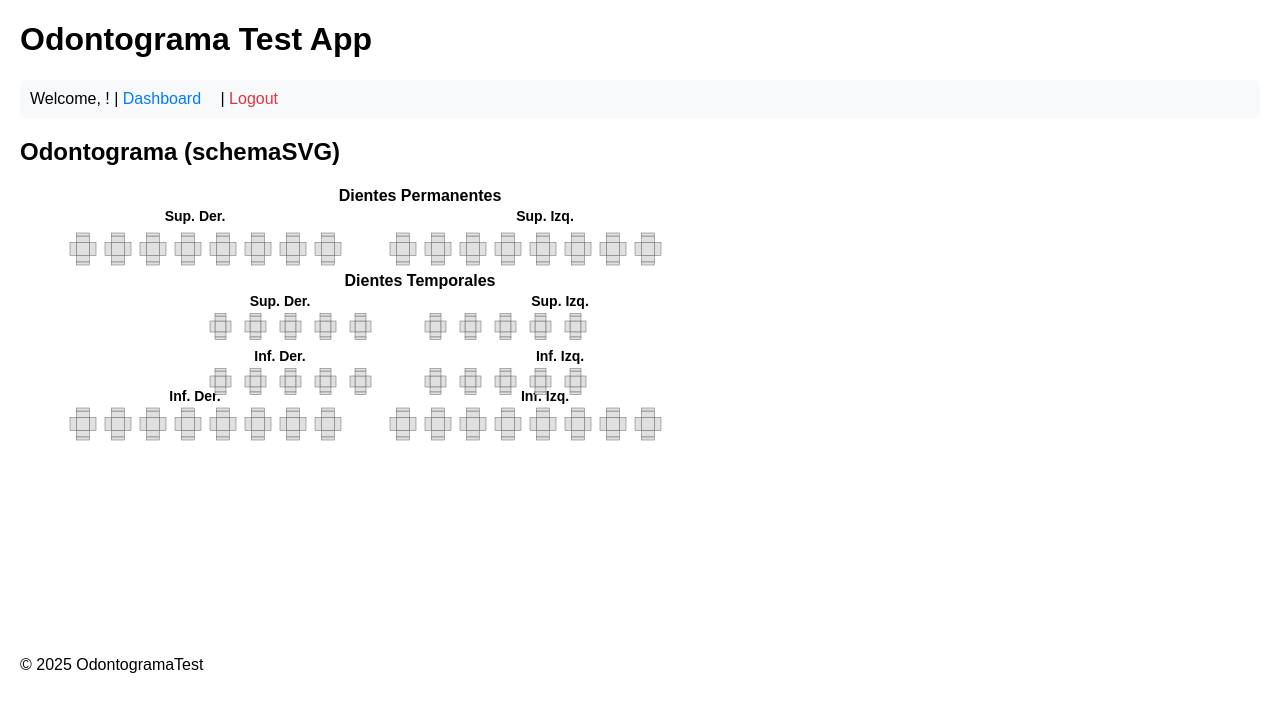
Repository: werfelyesid/OdontogramaTest
Page: http://localhost/dashboard/
These files come from the project's save history. The page is drawn as it stood at one moment and after the next save; the edit follows.
The browser window is 1280 px wide. The pictures show the whole page.
The page is served by the project's application, run on Django 4.2 (manage.py). A made-up administrator, testuser (Test User, test@example.com), is signed in. Other server files are loaded and not shown.

Above is the page before, as saved 2025-04-20 14:41:12.

### core/templates/core/dashboard.html
<!-- filepath: /home/yesid-ramirez/OdontogramaTest/core/templates/core/dashboard.html -->
{% extends "core/base.html" %}

{% block title %}Doctor Dashboard{% endblock %}

{% block content %}
<!-- ... existing content ... -->
<h2>Odontograma (schemaSVG)</h2>
<div id="odontogram-container" style="position: relative;">
    {% include "core/_odontogram.html" %}
</div>
<!-- ... existing content ... -->
{% endblock %}

{% block extra_js %}
<script>
    // Function to generate the teeth within the SVG structure
    function generateOdontogram() {
        const svgNS = "http://www.w3.org/2000/svg";
        const toothWidth = 35; // Increased width for spacing larger teeth
        const permStartX = 50; // X offset for permanent rows
        const permGap = 40; // Gap between left/right permanent quadrants
        const permQWidth = 8 * toothWidth;
        const decidStartX = 190; // X offset for deciduous rows (to center them approx)
        const decidGap = 40; // Gap between left/right deciduous quadrants
        const decidQWidth = 5 * toothWidth;

        const permUpperY = 50;
        const decidUpperY = 130;
        const decidLowerY = 185; // decidUpperY + toothHeight + spacing
        const permLowerY = 225; // decidLowerY + toothHeight + spacing

        // Helper function to create a tooth
        function createTooth(quadrantElement, toothNum, index, totalInQuadrant, shapeId, xOffset, yOffset, isLeftQuadrant) {
            if (!quadrantElement) return; // Exit if quadrant element doesn't exist

            const toothNode = document.createElementNS(svgNS, "g");
            toothNode.setAttribute('class', 'tooth');
            toothNode.setAttribute('id', `tooth-${toothNum}`);
            toothNode.setAttribute('data-tooth-id', toothNum);

            // Calculate position: Right quadrants count down index, Left count up
            const positionIndex = isLeftQuadrant ? index : (totalInQuadrant - 1 - index);
            toothNode.setAttribute('transform', `translate(${xOffset + positionIndex * toothWidth}, ${yOffset})`);

            const useNode = document.createElementNS(svgNS, "use");
            useNode.setAttribute("href", shapeId);
            toothNode.appendChild(useNode);

            const textNode = toothNode.querySelector('text');
            if (textNode) textNode.textContent = toothNum;

            // Adjust surface names based on quadrant and type
            const surfaces = toothNode.querySelectorAll('.tooth-surface');
            surfaces.forEach(surface => {
                let type = surface.getAttribute('data-surface-type');
                // Swap M/D for left quadrants (2, 3, 6, 7)
                if (isLeftQuadrant) {
                    if (type === 'M') type = 'D';
                    else if (type === 'D') type = 'M';
                }
                // Adjust O/I based on tooth number (simplified)
                const toothIndexInArch = parseInt(String(toothNum).slice(-1)); // 1 to 8 or 1 to 5
                if (type === 'O') {
                     if (shapeId === '#tooth-shape' && toothIndexInArch <= 3) type = 'I'; // Permanent Incisors/Canine
                     if (shapeId === '#deciduous-tooth-shape' && toothIndexInArch <= 3) type = 'I'; // Deciduous Incisors/Canine
                }
                 // Adjust L/P for upper teeth
                if (String(toothNum)[0] === '1' || String(toothNum)[0] === '2' || String(toothNum)[0] === '5' || String(toothNum)[0] === '6') {
                    if (type === 'L') type = 'P'; // Palatal
                    if (type === 'CP') type = 'CP'; // Cervico-Palatal (already correct)
                } else {
                     if (type === 'P') type = 'L'; // Lingual (just in case)
                     if (type === 'CP') type = 'CL'; // Cervico-Lingual
                }

                surface.setAttribute('data-surface-type', type); // Update the attribute
            });

            quadrantElement.appendChild(toothNode);
        }

        // --- Generate Permanent Teeth ---
        const q1 = document.getElementById('quadrant-1');
        const q2 = document.getElementById('quadrant-2');
        const q3 = document.getElementById('quadrant-3');
        const q4 = document.getElementById('quadrant-4');
        for (let i = 0; i < 8; i++) {
            // Q1 (18-11) - Upper Right
            createTooth(q1, 18 - i, i, 8, '#tooth-shape', permStartX, permUpperY, false);
            // Q2 (21-28) - Upper Left
            createTooth(q2, 21 + i, i, 8, '#tooth-shape', permStartX + permQWidth + permGap, permUpperY, true);
            // Q4 (48-41) - Lower Right
            createTooth(q4, 48 - i, i, 8, '#tooth-shape', permStartX, permLowerY, false);
             // Q3 (31-38) - Lower Left
            createTooth(q3, 31 + i, i, 8, '#tooth-shape', permStartX + permQWidth + permGap, permLowerY, true);
        }

        // --- Generate Deciduous Teeth ---
        const q5 = document.getElementById('quadrant-5');
        const q6 = document.getElementById('quadrant-6');
        const q7 = document.getElementById('quadrant-7');
        const q8 = document.getElementById('quadrant-8');
         for (let i = 0; i < 5; i++) {
            // Q5 (55-51) - Upper Right
            createTooth(q5, 55 - i, i, 5, '#deciduous-tooth-shape', decidStartX, decidUpperY, false);
            // Q6 (61-65) - Upper Left
            createTooth(q6, 61 + i, i, 5, '#deciduous-tooth-shape', decidStartX + decidQWidth + decidGap, decidUpperY, true);
            // Q8 (85-81) - Lower Right
            createTooth(q8, 85 - i, i, 5, '#deciduous-tooth-shape', decidStartX, decidLowerY, false);
            // Q7 (71-75) - Lower Left
            createTooth(q7, 71 + i, i, 5, '#deciduous-tooth-shape', decidStartX + decidQWidth + decidGap, decidLowerY, true);
        }
    }

    // Wait for the DOM to be fully loaded before generating and adding listeners
    document.addEventListener('DOMContentLoaded', function() {
        // Generate the SVG teeth
        generateOdontogram();

        const tooltip = document.getElementById('odontogram-tooltip');
        const container = document.getElementById('odontogram-container');

        if (!tooltip || !container) {
            console.error("Tooltip or container element not found!");
            return;
        }

        // Add listeners to tooth surfaces
        document.querySelectorAll('.tooth-surface').forEach(surface => {
            // Click listener (existing)
            surface.addEventListener('click', function(event) { // Added event parameter
                const toothGroup = this.closest('.tooth');
                if (toothGroup) {
                    const toothId = toothGroup.getAttribute('data-tooth-id');
                    const surfaceType = this.getAttribute('data-surface-type');
                    console.log(`Clicked surface ${surfaceType} on tooth ${toothId}`);
                    this.classList.toggle('selected');
                } else {
                    // Log details when the parent is not found
                    console.error("Could not find parent '.tooth' group for clicked surface.");
                    console.log("Clicked element:", this); // Log the element itself
                    console.log("Event target:", event.target); // Log the specific target of the click
                }
            });

            // Tooltip listeners
            surface.addEventListener('mouseover', function(event) {
                const toothGroup = this.closest('.tooth');
                if (toothGroup) {
                    const toothId = toothGroup.getAttribute('data-tooth-id');
                    const surfaceType = this.getAttribute('data-surface-type');
                    tooltip.textContent = `Diente ${toothId} (${surfaceType})`;
                    tooltip.style.display = 'block';
                     // Position tooltip near cursor, considering container offset
                    const containerRect = container.getBoundingClientRect();
                    tooltip.style.left = `${event.clientX - containerRect.left + 10}px`; // 10px offset from cursor
                    tooltip.style.top = `${event.clientY - containerRect.top + 10}px`;
                }
            });

            surface.addEventListener('mouseout', function() {
                tooltip.style.display = 'none';
            });

             // Optional: Update tooltip position on mouse move over the surface
             surface.addEventListener('mousemove', function(event) {
                 if (tooltip.style.display === 'block') {
                    const containerRect = container.getBoundingClientRect();
                    tooltip.style.left = `${event.clientX - containerRect.left + 10}px`;
                    tooltip.style.top = `${event.clientY - containerRect.top + 10}px`;
                 }
             });
        });
    });

</script>
<style>
    /* ...existing styles... */
</style>
{% endblock %}

### core/templates/core/base.html
<!DOCTYPE html>
<html lang="en">
<head>
    <meta charset="UTF-8">
    <meta name="viewport" content="width=device-width, initial-scale=1.0">
    <title>{% block title %}OdontogramaTest{% endblock %}</title>
    <!-- Add link to CSS framework like Bootstrap or Tailwind if desired -->
    <style>
        body { font-family: sans-serif; margin: 20px; }
        .messages { list-style: none; padding: 0; margin: 1em 0; }
        .messages li { padding: 0.5em; margin-bottom: 0.5em; border-radius: 4px; }
        .messages li.success { background-color: #d4edda; color: #155724; border: 1px solid #c3e6cb; }
        .messages li.info { background-color: #d1ecf1; color: #0c5460; border: 1px solid #bee5eb; }
        .messages li.warning { background-color: #fff3cd; color: #856404; border: 1px solid #ffeeba; }
        .messages li.error { background-color: #f8d7da; color: #721c24; border: 1px solid #f5c6cb; }
        nav { margin-bottom: 20px; background-color: #f8f9fa; padding: 10px; border-radius: 5px; }
        nav a { margin-right: 15px; text-decoration: none; color: #007bff; }
        nav a:hover { text-decoration: underline; }
        nav form { display: inline; }
        nav button { background: none; border: none; color: #dc3545; cursor: pointer; padding: 0; font-size: inherit; }
        nav button:hover { text-decoration: underline; }
        .form-group { margin-bottom: 1rem; }
        .form-group label { display: block; margin-bottom: 0.5rem; }
        .form-group input, .form-group select, .form-group textarea { width: 100%; padding: 0.375rem 0.75rem; border: 1px solid #ced4da; border-radius: 0.25rem; box-sizing: border-box; }
        .form-group input[type="date"] { width: auto; }
        .form-group .errorlist { color: red; list-style: none; padding: 0; margin-top: 0.25rem; font-size: 0.875em; }
        .btn { display: inline-block; font-weight: 400; color: #212529; text-align: center; vertical-align: middle; cursor: pointer; background-color: #007bff; border: 1px solid #007bff; padding: 0.375rem 0.75rem; font-size: 1rem; line-height: 1.5; border-radius: 0.25rem; color: #fff; text-decoration: none; }
        .btn:hover { background-color: #0056b3; border-color: #0056b3; }
        .btn-secondary { background-color: #6c757d; border-color: #6c757d; }
        .btn-secondary:hover { background-color: #5a6268; border-color: #545b62; }
        .btn-danger { background-color: #dc3545; border-color: #dc3545; }
        .btn-danger:hover { background-color: #c82333; border-color: #bd2130; }
    </style>
</head>
<body>
    <header>
        <h1>Odontograma Test App</h1>
        <nav>
            {% if user.is_authenticated %}
                <span>Welcome, {{ user.get_full_name }}!</span> |
                <a href="{% url 'dashboard' %}">Dashboard</a> |
                <form action="{% url 'logout' %}" method="post" style="display: inline;">
                    {% csrf_token %}
                    <button type="submit">Logout</button>
                </form>
            {% else %}
                <a href="{% url 'login' %}">Login</a> |
                <a href="{% url 'register_doctor' %}">Register Doctor</a>
            {% endif %}
        </nav>
    </header>

    {% if messages %}
    <ul class="messages">
        {% for message in messages %}
        <li{% if message.tags %} class="{{ message.tags }}"{% endif %}>{{ message }}</li>
        {% endfor %}
    </ul>
    {% endif %}

    <main>
        {% block content %}
        <!-- Page specific content will go here -->
        {% endblock %}
    </main>

    <footer>
        <p>&copy; {% now "Y" %} OdontogramaTest</p>
    </footer>
    {% block extra_js %}
    <!-- Extra JS scripts can be added here -->
    {% endblock %}
</body>
</html>

### core/views.py
from django.shortcuts import render, redirect, get_object_or_404
from django.contrib.auth import login, logout, authenticate
from django.contrib.auth.decorators import login_required
from django.contrib import messages
from .forms import DoctorRegistrationForm, PatientRegistrationForm, CustomLoginForm
from .models import Patient, CustomUser

def register_doctor_view(request):
    if request.method == 'POST':
        form = DoctorRegistrationForm(request.POST)
        if form.is_valid():
            user = form.save()
            login(request, user, backend='django.contrib.auth.backends.ModelBackend') # Log in the new doctor
            messages.success(request, 'Registration successful. You are now logged in.')
            return redirect('dashboard')
        else:
            messages.error(request, 'Registration unsuccessful. Please correct the errors below.')
    else:
        form = DoctorRegistrationForm()
    return render(request, 'core/register_doctor.html', {'form': form})

def login_view(request):
    if request.user.is_authenticated:
        return redirect('dashboard') # Redirect if already logged in

    if request.method == 'POST':
        form = CustomLoginForm(request, data=request.POST)
        if form.is_valid():
            email = form.cleaned_data.get('username') # Form uses 'username' for the email field
            password = form.cleaned_data.get('password')
            user = authenticate(request, email=email, password=password)
            if user is not None:
                login(request, user)
                messages.info(request, f"Welcome back, {user.get_full_name()}.")
                # Redirect to the URL specified in 'next' parameter or dashboard
                next_url = request.POST.get('next', 'dashboard')
                return redirect(next_url)
            else:
                messages.error(request, "Invalid email or password.")
        else:
             messages.error(request, "Invalid email or password.")
    else:
        form = CustomLoginForm()

    return render(request, 'core/login.html', {'form': form, 'next': request.GET.get('next', '')})


def logout_view(request):
    logout(request)
    messages.info(request, "You have successfully logged out.")
    return redirect('login')

@login_required
def dashboard_view(request):
    # Ensure the logged-in user is a CustomUser instance
    doctor = request.user
    if not isinstance(doctor, CustomUser):
         # Handle cases where user might not be the expected type (e.g., admin user)
         # Or redirect non-doctors elsewhere
         messages.warning(request, "Access restricted to doctors.")
         return redirect('login')

    context = {
        'doctor_name': doctor.get_full_name()
    }
    return render(request, 'core/dashboard.html', context)

@login_required
def register_patient_view(request):
    if request.method == 'POST':
        form = PatientRegistrationForm(request.POST)
        if form.is_valid():
            patient = form.save(commit=False)
            patient.doctor = request.user # Assign the logged-in doctor
            patient.save()
            messages.success(request, f'Patient {patient.primer_nombre} {patient.primer_apellido} registered successfully.')
            # Redirect to patient detail page or back to dashboard?
            return redirect('dashboard') # Redirecting back to dashboard for now
        else:
            messages.error(request, 'Patient registration unsuccessful. Please correct the errors below.')
    else:
        form = PatientRegistrationForm()
    return render(request, 'core/register_patient.html', {'form': form})

# Add views for patient details, editing, odontogram interaction later

### OdontogramaTest/urls.py
from django.contrib import admin
from django.urls import path, include

urlpatterns = [
    path('admin/', admin.site.urls),
    path('', include('core.urls')), # Include core app URLs
]

### core/urls.py
from django.urls import path
from . import views

urlpatterns = [
    path('register/doctor/', views.register_doctor_view, name='register_doctor'),
    path('login/', views.login_view, name='login'),
    path('logout/', views.logout_view, name='logout'),
    path('dashboard/', views.dashboard_view, name='dashboard'),
    path('register/patient/', views.register_patient_view, name='register_patient'),
    # Add other URLs for patient details, odontogram actions etc.
    path('', views.login_view), # Redirect root to login for now
]

Loaded but not shown: core/templates/core/_odontogram.html (92 lines, source omitted); core/models.py (117 lines, source omitted)

After the next save:
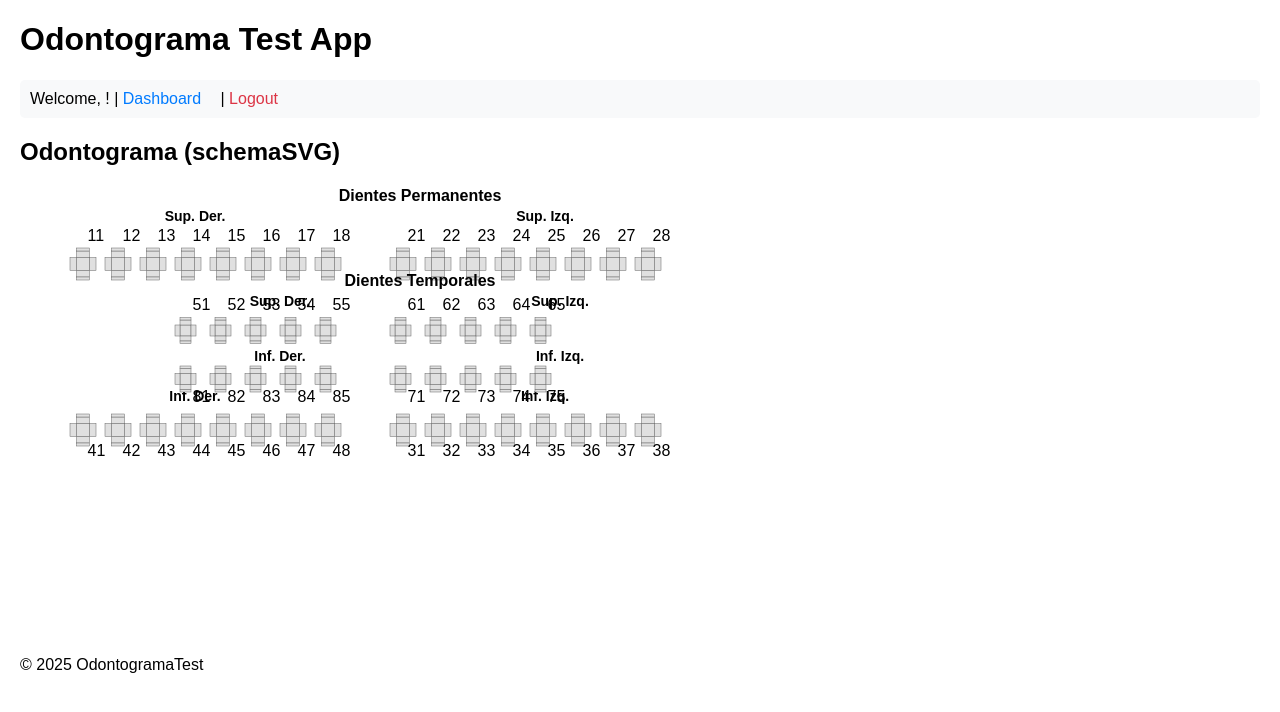
Saved 43 min 52 s later.
--- a/core/templates/core/dashboard.html
+++ b/core/templates/core/dashboard.html
@@ -4,12 +4,12 @@
 {% block title %}Doctor Dashboard{% endblock %}
 
 {% block content %}
-<!-- ... existing content ... -->
+{% comment %} ...existing content... {% endcomment %}
 <h2>Odontograma (schemaSVG)</h2>
 <div id="odontogram-container" style="position: relative;">
     {% include "core/_odontogram.html" %}
 </div>
-<!-- ... existing content ... -->
+{% comment %} ...existing content... {% endcomment %}
 {% endblock %}
 
 {% block extra_js %}
@@ -17,38 +17,43 @@
     // Function to generate the teeth within the SVG structure
     function generateOdontogram() {
         const svgNS = "http://www.w3.org/2000/svg";
-        const toothWidth = 35; // Increased width for spacing larger teeth
-        const permStartX = 50; // X offset for permanent rows
-        const permGap = 40; // Gap between left/right permanent quadrants
+        const toothWidth = 35; // Width for spacing
+        const permStartX = 50;
+        const permGap = 40;
         const permQWidth = 8 * toothWidth;
-        const decidStartX = 190; // X offset for deciduous rows (to center them approx)
-        const decidGap = 40; // Gap between left/right deciduous quadrants
+        // Align deciduous start under the 4th permanent tooth (index 3)
+        const decidStartX = permStartX + (3 * toothWidth); // Adjusted start X
+        const decidGap = 40;
         const decidQWidth = 5 * toothWidth;
 
-        const permUpperY = 50;
-        const decidUpperY = 130;
-        const decidLowerY = 185; // decidUpperY + toothHeight + spacing
-        const permLowerY = 225; // decidLowerY + toothHeight + spacing
+        // Adjusted Y coordinates for spacing numbers
+        const numberSpacing = 15; // Space for number + gap
+        const toothHeightPerm = 29; // Approx height of permanent tooth shape
+        const toothHeightDecid = 23.5; // Approx height of deciduous tooth shape
+        const rowGap = 25; // Gap between rows
+
+        const permUpperY = 50 + numberSpacing; // Move down to make space above
+        const decidUpperY = permUpperY + toothHeightPerm + rowGap + numberSpacing;
+        const decidLowerY = decidUpperY + toothHeightDecid + rowGap;
+        const permLowerY = decidLowerY + toothHeightDecid + rowGap;
+
 
         // Helper function to create a tooth
         function createTooth(quadrantElement, toothNum, index, totalInQuadrant, shapeId, xOffset, yOffset, isLeftQuadrant) {
-            if (!quadrantElement) return; // Exit if quadrant element doesn't exist
+            if (!quadrantElement) return;
 
             const toothNode = document.createElementNS(svgNS, "g");
             toothNode.setAttribute('class', 'tooth');
             toothNode.setAttribute('id', `tooth-${toothNum}`);
             toothNode.setAttribute('data-tooth-id', toothNum);
 
-            // Calculate position: Right quadrants count down index, Left count up
             const positionIndex = isLeftQuadrant ? index : (totalInQuadrant - 1 - index);
-            toothNode.setAttribute('transform', `translate(${xOffset + positionIndex * toothWidth}, ${yOffset})`);
+            const currentX = xOffset + positionIndex * toothWidth;
+            toothNode.setAttribute('transform', `translate(${currentX}, ${yOffset})`);
 
             const useNode = document.createElementNS(svgNS, "use");
             useNode.setAttribute("href", shapeId);
             toothNode.appendChild(useNode);
-
-            const textNode = toothNode.querySelector('text');
-            if (textNode) textNode.textContent = toothNum;
 
             // Adjust surface names based on quadrant and type
             const surfaces = toothNode.querySelectorAll('.tooth-surface');
@@ -73,11 +78,25 @@
                      if (type === 'P') type = 'L'; // Lingual (just in case)
                      if (type === 'CP') type = 'CL'; // Cervico-Lingual
                 }
-
-                surface.setAttribute('data-surface-type', type); // Update the attribute
+                surface.setAttribute('data-surface-type', type);
             });
 
             quadrantElement.appendChild(toothNode);
+
+            // --- Add Tooth Number Label ---
+            const numberText = document.createElementNS(svgNS, "text");
+            numberText.setAttribute('class', 'tooth-number');
+            numberText.textContent = toothNum;
+
+            // Position above for upper rows (1, 2), below for lower rows (3, 4)
+            const isUpperRow = (yOffset === permUpperY || yOffset === decidUpperY);
+            const currentToothHeight = (shapeId === '#tooth-shape') ? toothHeightPerm : toothHeightDecid;
+            const numberY = isUpperRow ? (yOffset - numberSpacing + 5) : (yOffset + currentToothHeight + numberSpacing - 5); // Adjusted Y for number
+
+            numberText.setAttribute('x', currentX + toothWidth / 2); // Center horizontally over tooth position
+            numberText.setAttribute('y', numberY);
+
+            quadrantElement.appendChild(numberText); // Append number to the quadrant group
         }
 
         // --- Generate Permanent Teeth ---
@@ -128,8 +147,8 @@
 
         // Add listeners to tooth surfaces
         document.querySelectorAll('.tooth-surface').forEach(surface => {
-            // Click listener (existing)
-            surface.addEventListener('click', function(event) { // Added event parameter
+            // Click listener
+            surface.addEventListener('click', function(event) {
                 const toothGroup = this.closest('.tooth');
                 if (toothGroup) {
                     const toothId = toothGroup.getAttribute('data-tooth-id');
@@ -137,10 +156,9 @@
                     console.log(`Clicked surface ${surfaceType} on tooth ${toothId}`);
                     this.classList.toggle('selected');
                 } else {
-                    // Log details when the parent is not found
                     console.error("Could not find parent '.tooth' group for clicked surface.");
-                    console.log("Clicked element:", this); // Log the element itself
-                    console.log("Event target:", event.target); // Log the specific target of the click
+                    console.log("Clicked element:", this);
+                    console.log("Event target:", event.target);
                 }
             });
 
@@ -152,9 +170,8 @@
                     const surfaceType = this.getAttribute('data-surface-type');
                     tooltip.textContent = `Diente ${toothId} (${surfaceType})`;
                     tooltip.style.display = 'block';
-                     // Position tooltip near cursor, considering container offset
                     const containerRect = container.getBoundingClientRect();
-                    tooltip.style.left = `${event.clientX - containerRect.left + 10}px`; // 10px offset from cursor
+                    tooltip.style.left = `${event.clientX - containerRect.left + 10}px`;
                     tooltip.style.top = `${event.clientY - containerRect.top + 10}px`;
                 }
             });
@@ -163,7 +180,6 @@
                 tooltip.style.display = 'none';
             });
 
-             // Optional: Update tooltip position on mouse move over the surface
              surface.addEventListener('mousemove', function(event) {
                  if (tooltip.style.display === 'block') {
                     const containerRect = container.getBoundingClientRect();
@@ -175,7 +191,5 @@
     });
 
 </script>
-<style>
-    /* ...existing styles... */
-</style>
+{% comment %} Styles moved to _odontogram.html {% endcomment %}
 {% endblock %}
